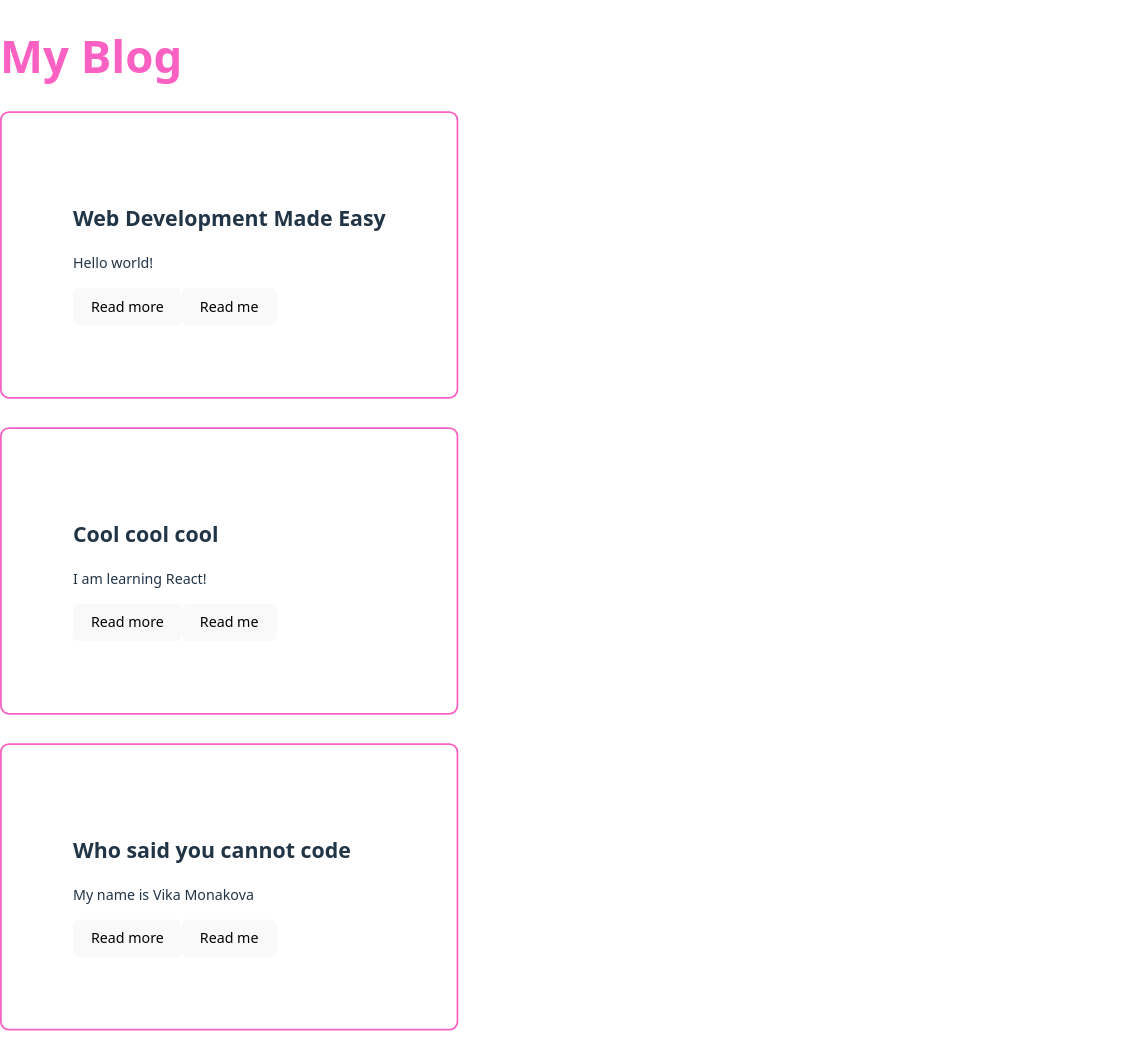
Repository: monavi77/front_web_dev_week1
Page: /
An editor plug-in stored every save of this project. The page is shown before and after the next save, followed by the edit.
The browser window is 1280 px wide. The pictures show the whole page, at 89% of full size.
The project was rebuilt for these pictures with package versions that can differ from the ones it lists, and the page was loaded fresh each time. Also part of the build but not shown: vite.config.js.

Above is the page before, as saved 2025-09-10 14:05:47.

After the next save:
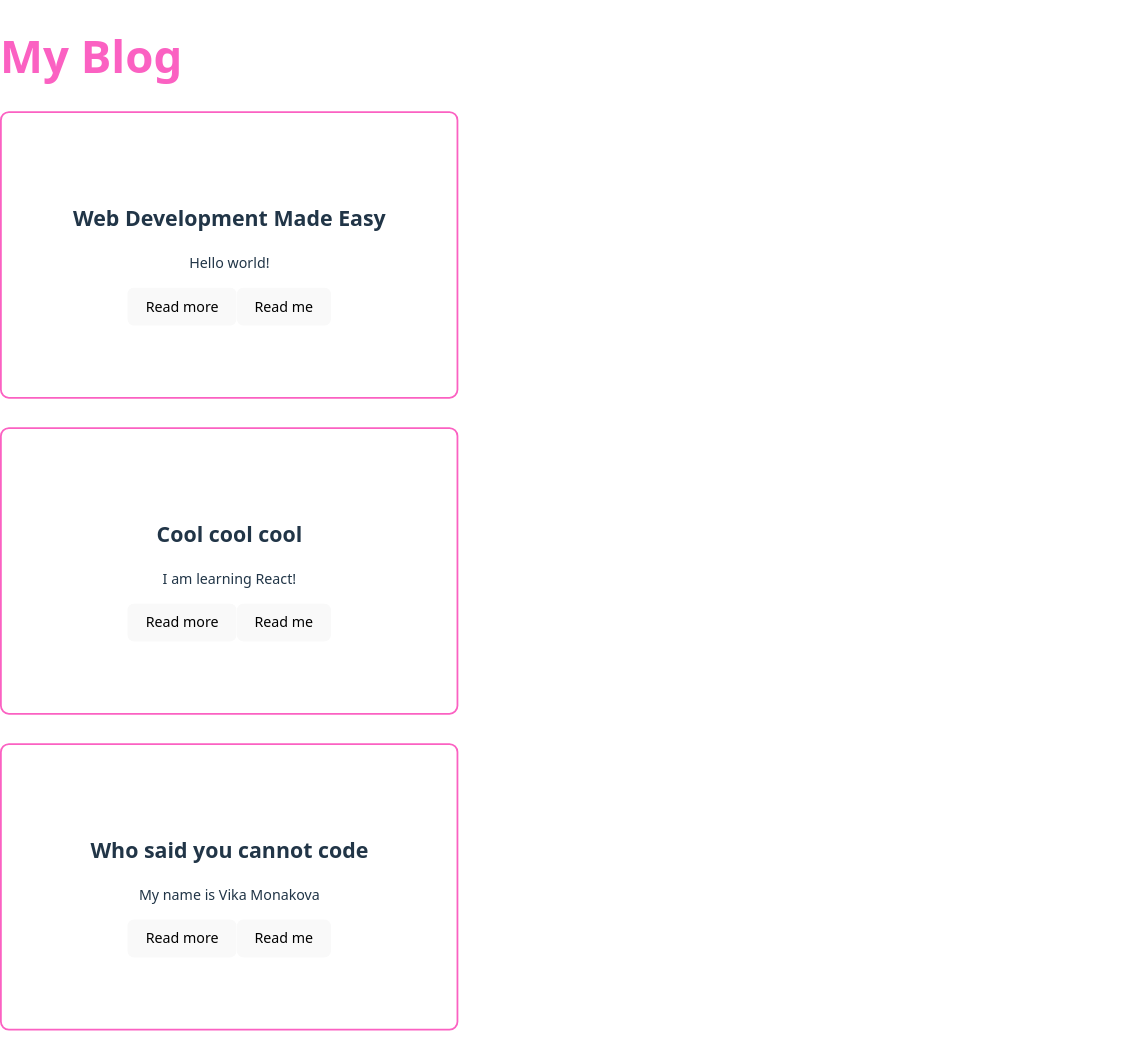
Saved 27 s later.
--- a/src/index.css
+++ b/src/index.css
@@ -78,5 +78,5 @@ h1 {
   padding: 5em;
   margin: 2em auto;
   max-width: 600px;
-  position: center;
+  text-align: center;
 }
